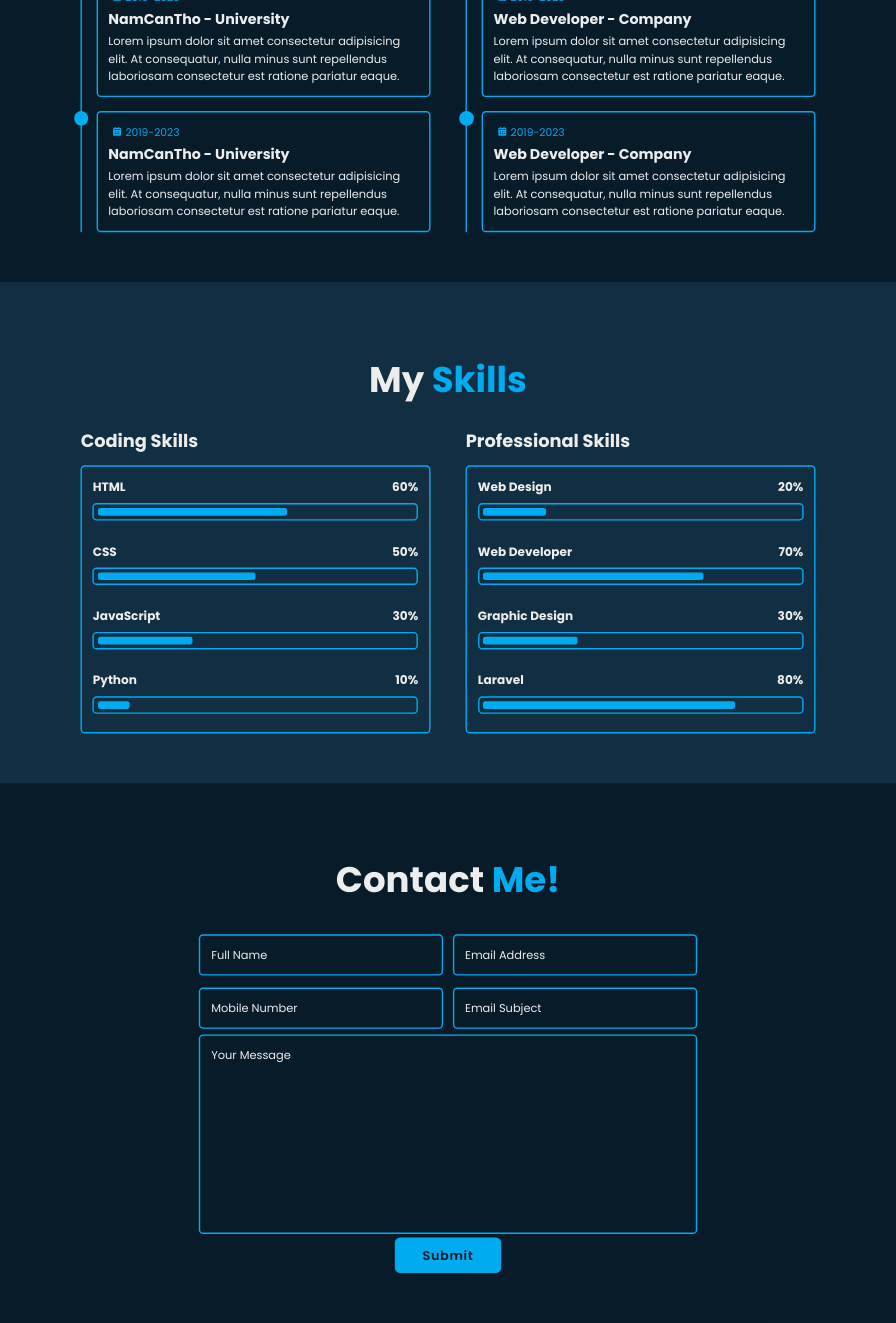
Repository: Tanty102/About_Me
Page: index.html
The author's editor kept a copy of each file at every save. The page is drawn from the files as they stood at one save, then again after a run of saves.
The browser window is 1280 px wide. The pictures show the part of the page from y = 2014 to 3934 px (the page is 3904 px tall before and 3934 px after), at 70% of full size.

Above is the page before, as saved 2023-09-12 21:46:15.

After the next 7 saves:
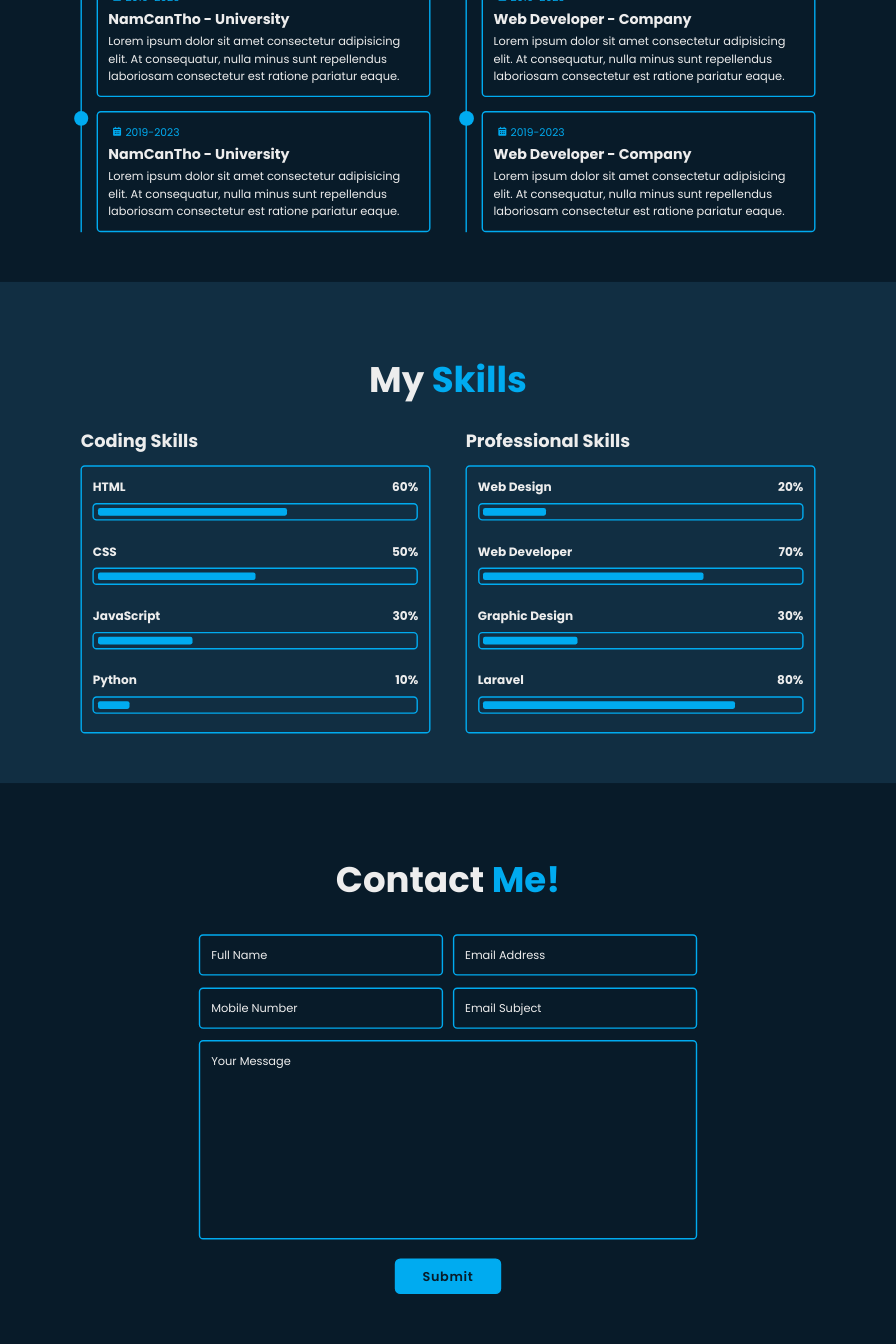
The 7 saves are shown as one change because they came seconds apart.
The last was saved 15 s later.
--- a/style.css
+++ b/style.css
@@ -543,11 +543,13 @@ span {
   background: red;
   border-radius: 0.6rem;
   z-index: -1;
-  transition: .5s;
-}
-
-.contact form .input-box .input-field input:focus~.focus,
-.contact form .input-box .input-field input:focus~.focus
+  transition: 0.5s;
+}
+
+.contact form .input-box .input-field input:focus ~ .focus,
+.contact form .input-box .input-field input:valid ~ .focus {
+  width: 100%;
+}
 
 .contact form .textarea-field {
   position: relative;
